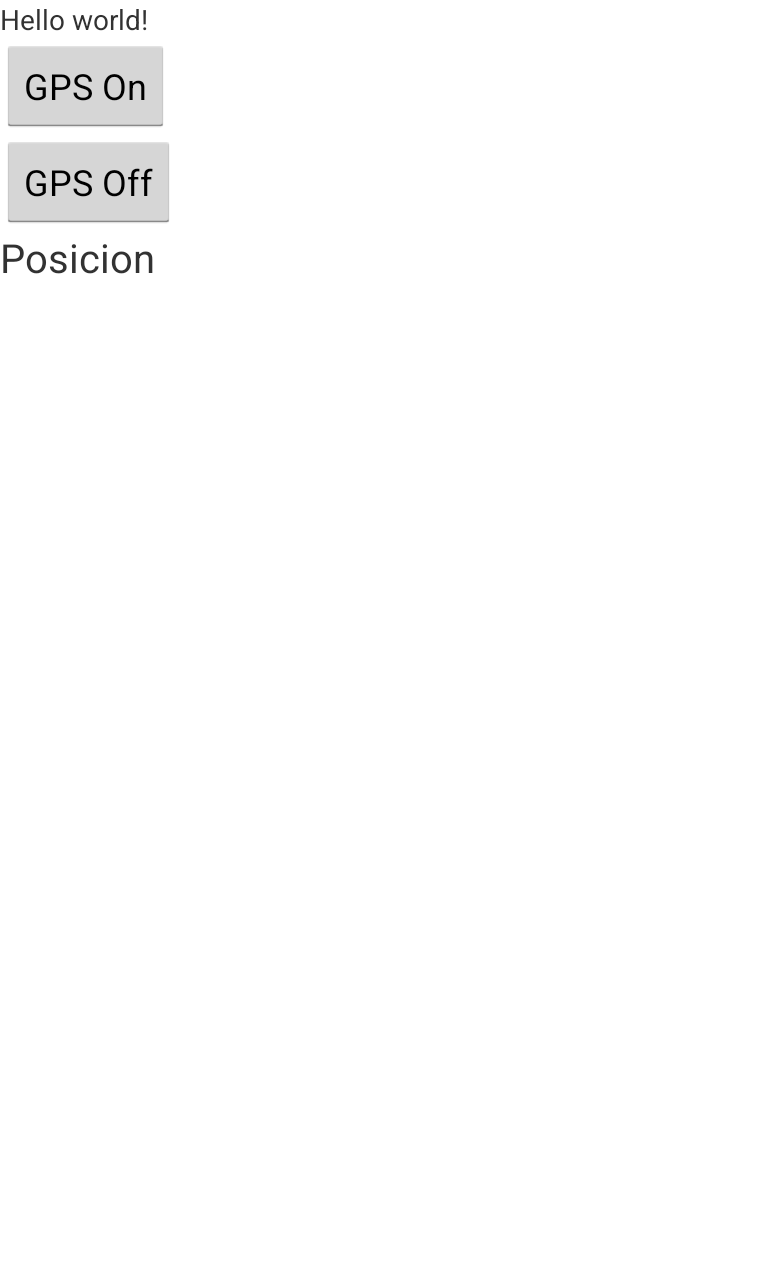
Repository: aludena18/android_apps
Layout: PhoneLocation/res/layout/activity_main.xml
These files come from the project's save history. The layout is drawn as it stood at one moment and after the next save; the edit follows.
It is drawn on a 768 x 1280 px phone screen (xhdpi) without system bars, with theme AppTheme; the app's code is not run.

Above is the layout before, as saved 2015-04-29 17:24:19.

After the next save:
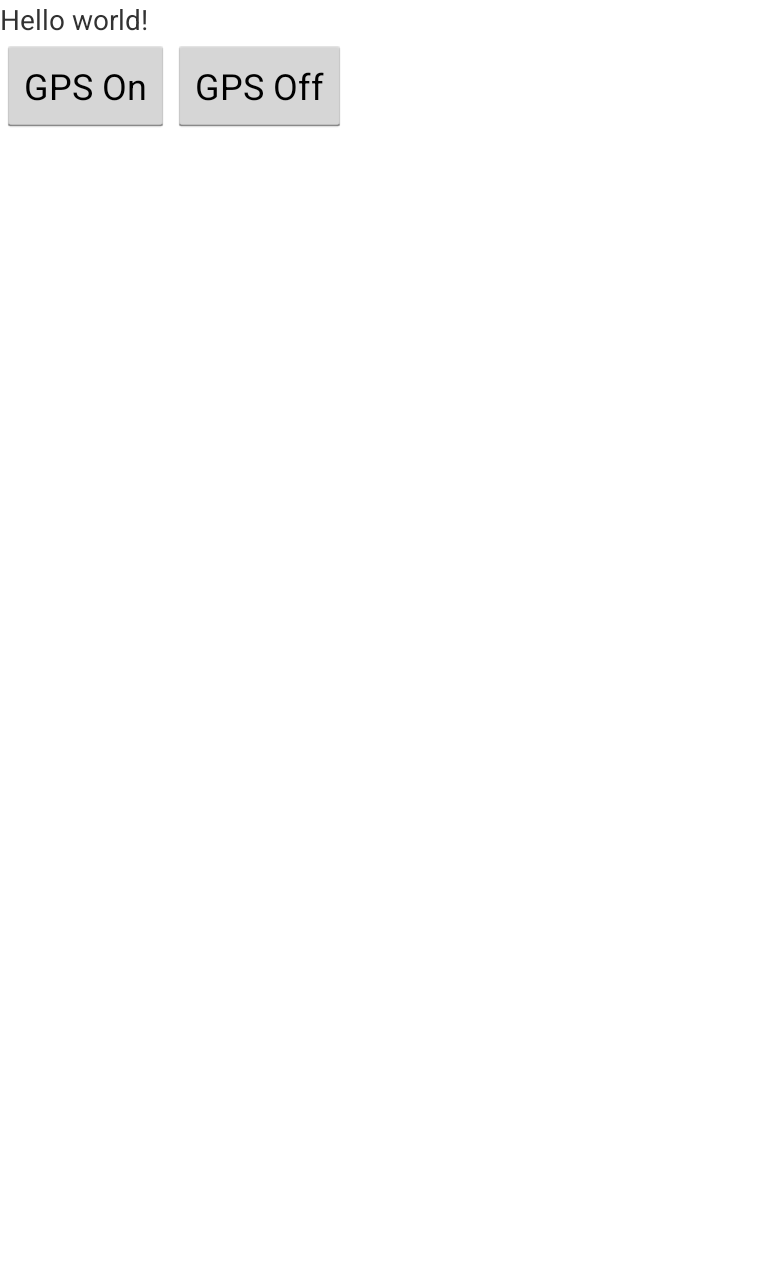
Saved 83 s later.
--- a/PhoneLocation/res/layout/activity_main.xml
+++ b/PhoneLocation/res/layout/activity_main.xml
@@ -11,6 +11,11 @@
         android:layout_height="wrap_content"
         android:text="@string/hello_world" />
 
+    <LinearLayout
+        android:layout_width="match_parent"
+   		android:layout_height="match_parent"
+   		android:orientation="horizontal"
+        >
     <Button
         android:id="@+id/btnOn"
         android:layout_width="wrap_content"
@@ -22,6 +27,7 @@
         android:layout_width="wrap_content"
         android:layout_height="wrap_content"
         android:text="@string/etqBtnOff"/>
+    </LinearLayout>
 
     <TextView
         android:id="@+id/txvPosicion"
